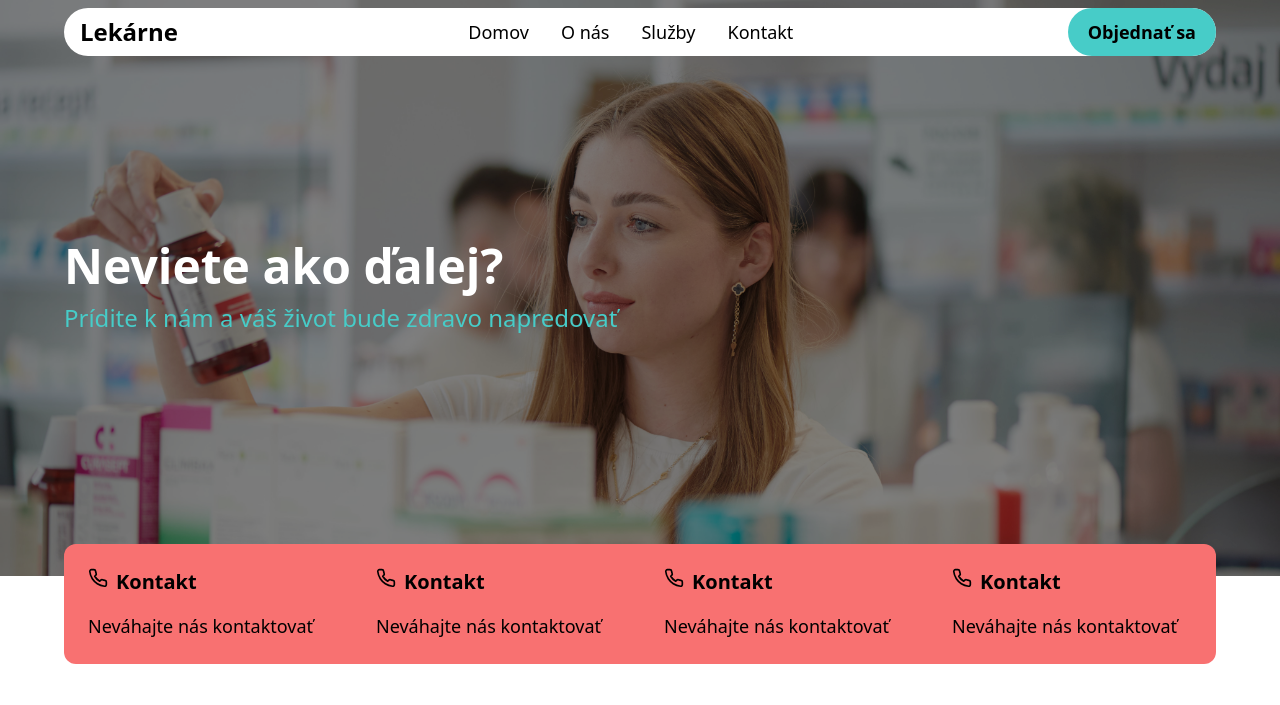
Repository: SimonSkoda13/Lekaren
Page: /
These files come from the project's save history. The page is drawn as it stood at one moment and after the next save; the edit follows.
The browser window is 1280 px wide. The pictures show the whole page.
The project was rebuilt for these pictures with package versions that can differ from the ones it lists, and the page was loaded fresh each time. The framework's server and built-in components were replaced by stand-ins that run in the browser. Also part of the build but not shown: next.config.js.

Above is the page before, as saved 2023-04-22 17:43:09.

After the next save:
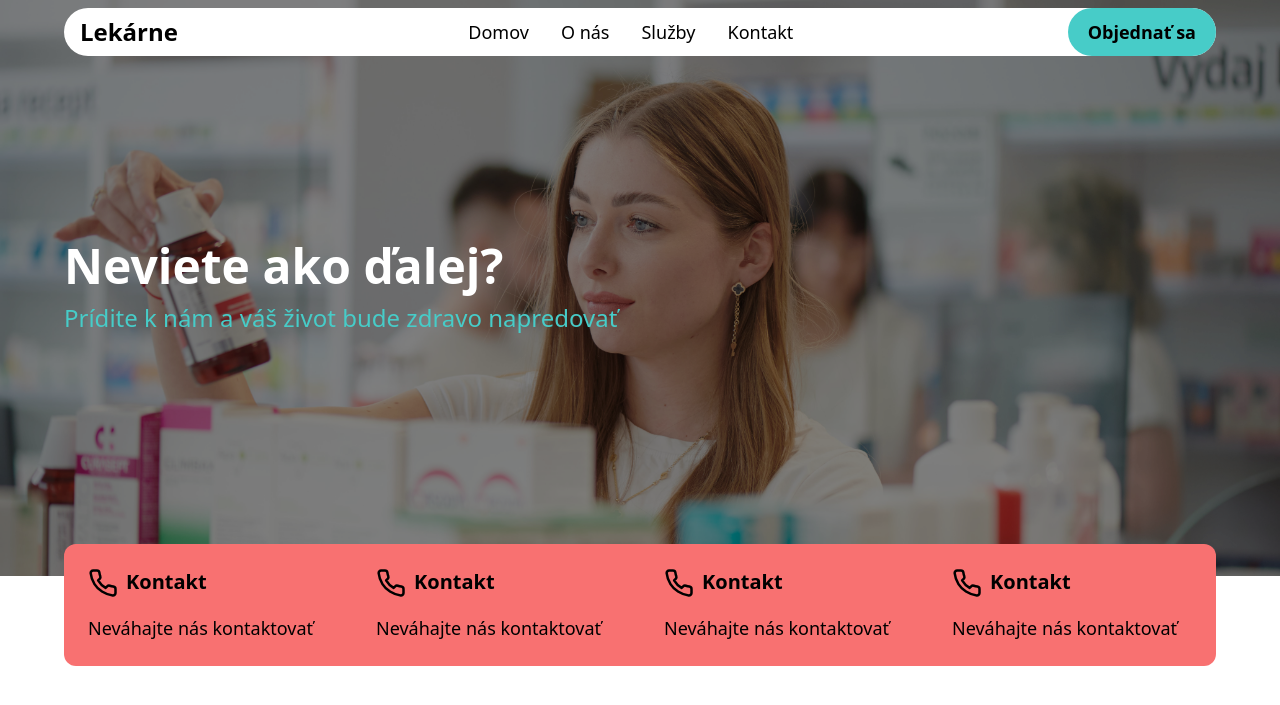
Saved 16 s later.
--- a/src/app/components/Contact/Contact.tsx
+++ b/src/app/components/Contact/Contact.tsx
@@ -24,7 +24,7 @@ export const Contact = (props: ContactProps) => {
             height={100}
           /> */}
             <div className="flex flex-row gap-2">
-              <Phone size={20} />
+              <Phone size={30} />
               <h2 className="text-xl font-bold">{item.title}</h2>
             </div>
             <p className="text-lg font-medium">{item.description}</p>
